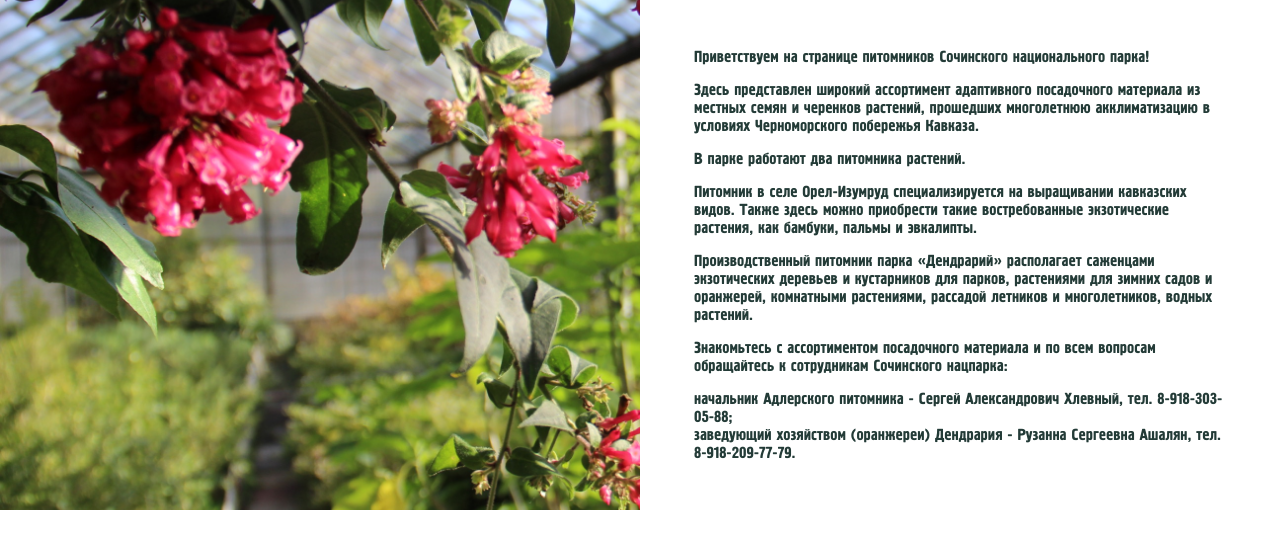
Repository: sem1103/np-sochi
Page: index.html
An editor plug-in stored every save of this project. The page is shown before and after the next save, followed by the edit.
The browser window is 1280 px wide. The pictures show the whole page.

Above is the page before, as saved 2024-01-17 19:41:38.

After the next save:
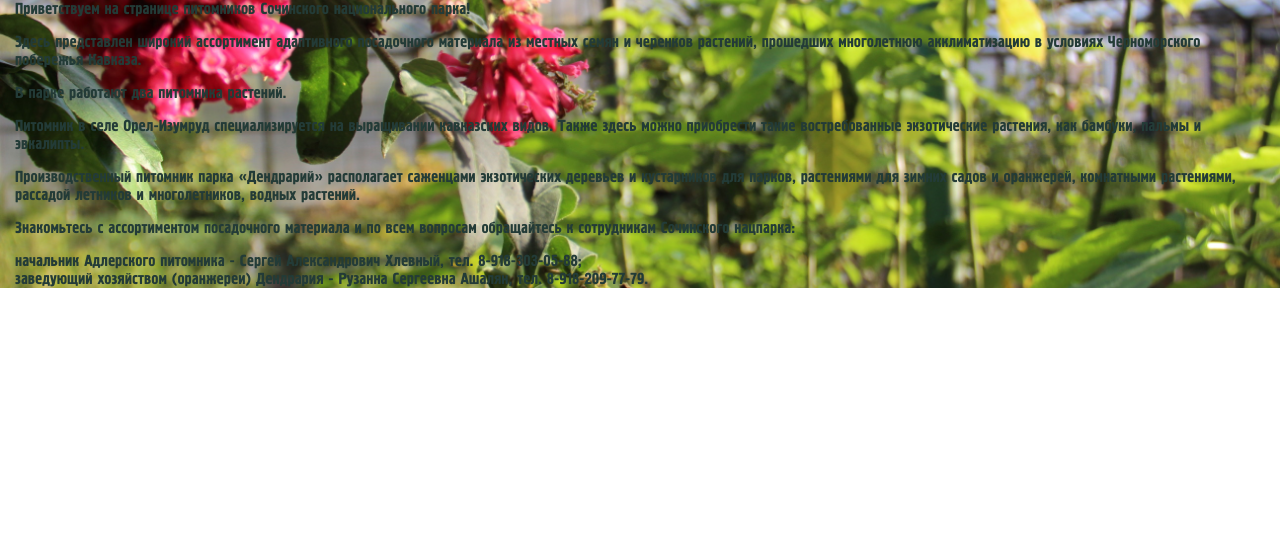
Saved 66 s later.
--- a/styles/main.css
+++ b/styles/main.css
@@ -19,7 +19,7 @@ p, li{
 p{
     margin: 0 0 15px 0;
 }
-.top__text{
+.top__text > div{
     padding: 48px 54px;
     background-color: #fff;
     width: 50%;

After the save that followed:
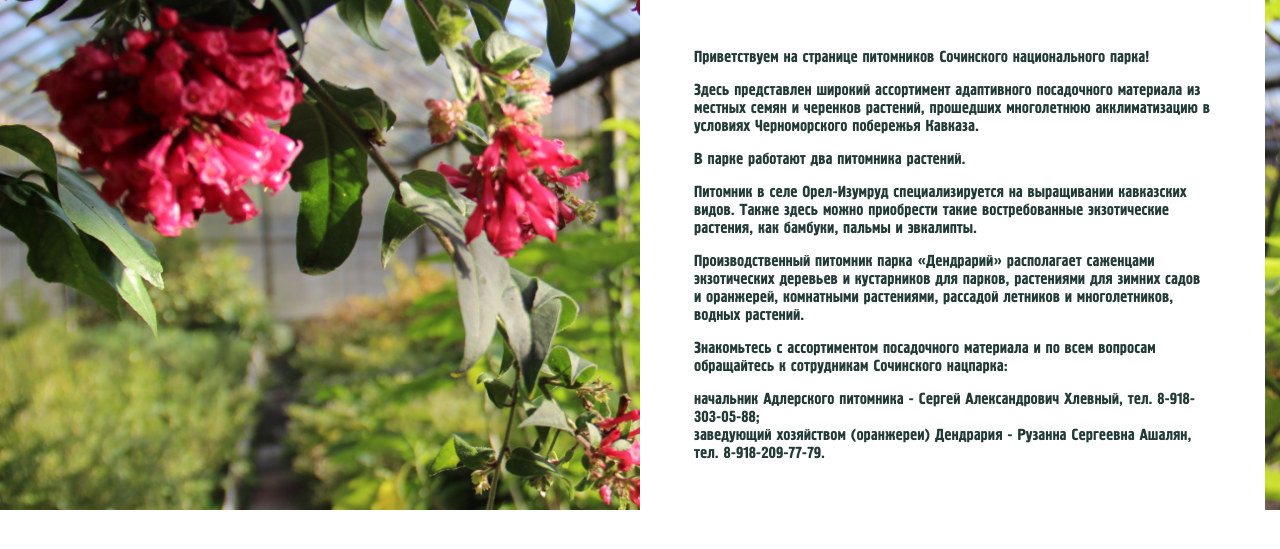
Saved 3 s later.
--- a/index.html
+++ b/index.html
@@ -14,28 +14,30 @@
 
         <main>
             <div class="top__text container">
-                <p>
-                    Приветствуем на странице питомников Сочинского национального парка!
-                </p>
-                <p>
-                    Здесь представлен широкий ассортимент адаптивного посадочного материала из местных семян и черенков растений, прошедших многолетнюю акклиматизацию в условиях Черноморского побережья Кавказа.
-                </p>
-                <p>
-                    В парке работают два питомника растений.
-                </p>
-                <p>
-                    Питомник в селе Орел-Изумруд специализируется на выращивании кавказских видов. Также здесь можно приобрести такие востребованные экзотические растения, как бамбуки, пальмы и эвкалипты.
-                </p>
-                <p>
-                    Производственный питомник парка «Дендрарий» располагает саженцами экзотических деревьев и кустарников для парков, растениями для зимних садов и оранжерей, комнатными растениями, рассадой летников и многолетников, водных растений.
-                </p>
-                <p>
-                    Знакомьтесь с ассортиментом посадочного материала и по всем вопросам обращайтесь к сотрудникам Сочинского нацпарка:
-                </p>
-                <ul>
-                    <li>начальник Адлерского питомника - Сергей Александрович Хлевный, тел. <a href="tel:+79183030588">8-918-303-05-88</a>;</li>
-                    <li>заведующий хозяйством (оранжереи) Дендрария - Рузанна Сергеевна Ашалян, тел. 8-918-209-77-79.</li>
-                </ul>
+                <div>
+                    <p>
+                        Приветствуем на странице питомников Сочинского национального парка!
+                    </p>
+                    <p>
+                        Здесь представлен широкий ассортимент адаптивного посадочного материала из местных семян и черенков растений, прошедших многолетнюю акклиматизацию в условиях Черноморского побережья Кавказа.
+                    </p>
+                    <p>
+                        В парке работают два питомника растений.
+                    </p>
+                    <p>
+                        Питомник в селе Орел-Изумруд специализируется на выращивании кавказских видов. Также здесь можно приобрести такие востребованные экзотические растения, как бамбуки, пальмы и эвкалипты.
+                    </p>
+                    <p>
+                        Производственный питомник парка «Дендрарий» располагает саженцами экзотических деревьев и кустарников для парков, растениями для зимних садов и оранжерей, комнатными растениями, рассадой летников и многолетников, водных растений.
+                    </p>
+                    <p>
+                        Знакомьтесь с ассортиментом посадочного материала и по всем вопросам обращайтесь к сотрудникам Сочинского нацпарка:
+                    </p>
+                    <ul>
+                        <li>начальник Адлерского питомника - Сергей Александрович Хлевный, тел. <a href="tel:+79183030588">8-918-303-05-88</a>;</li>
+                        <li>заведующий хозяйством (оранжереи) Дендрария - Рузанна Сергеевна Ашалян, тел. 8-918-209-77-79.</li>
+                    </ul>
+                </div>
             </div>
         </main>
 
